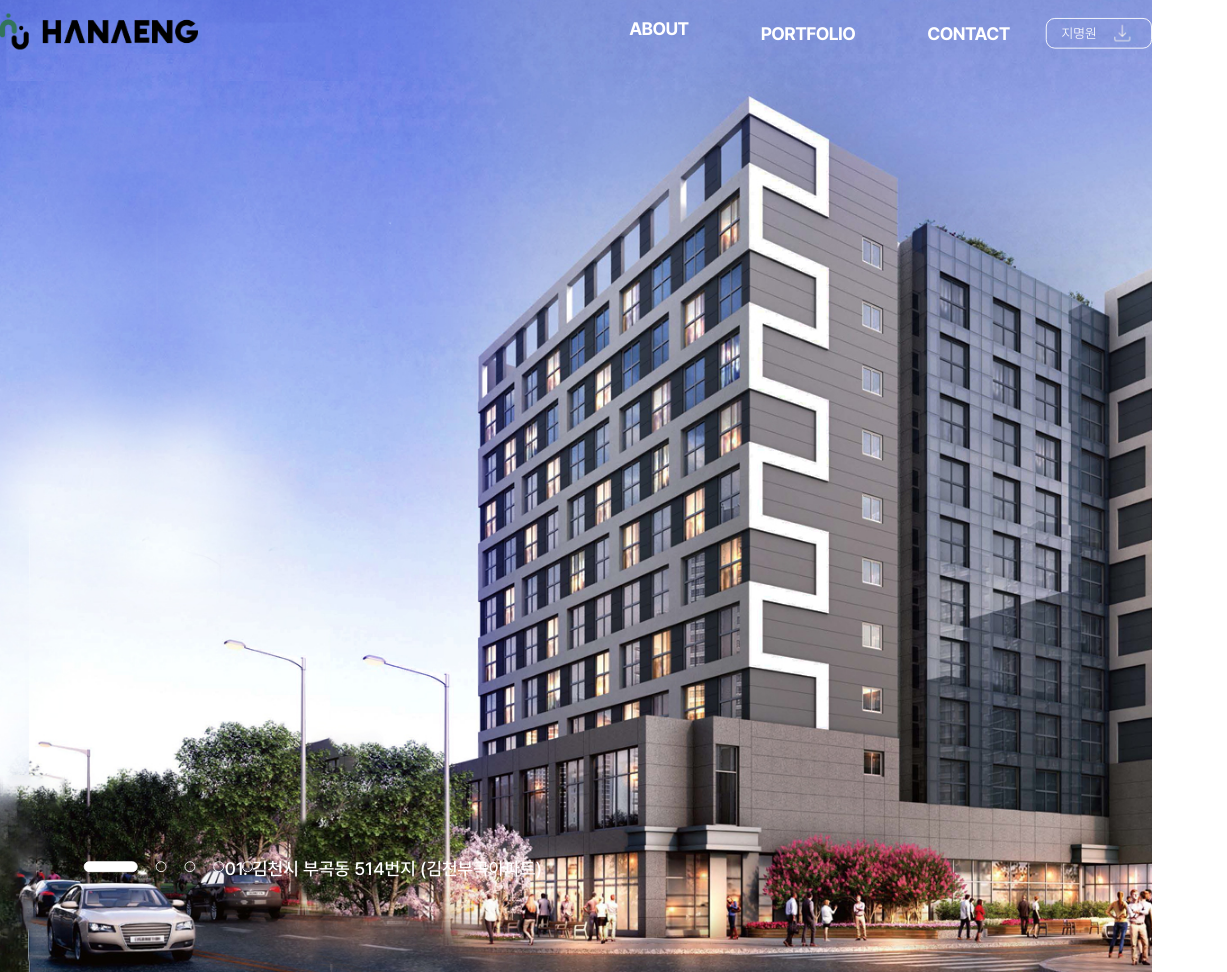
Repository: makeditWeb/hanaenc
Page: main.html
These files come from the project's save history. The page is drawn as it stood at one moment and after the next save; the edit follows.
The browser window is 1280 px wide. The page is 1363 px wide, so the pictures cover 1363 px, including what lies to the right of the window. The pictures show the whole page, at 90% of full size.
The pointer rests on the first visible `.menu-bar .nav-link`.
Some web libraries are served in a nearby version.

Above is the page before, as saved 2023-07-05 18:51:50.

After the next save:
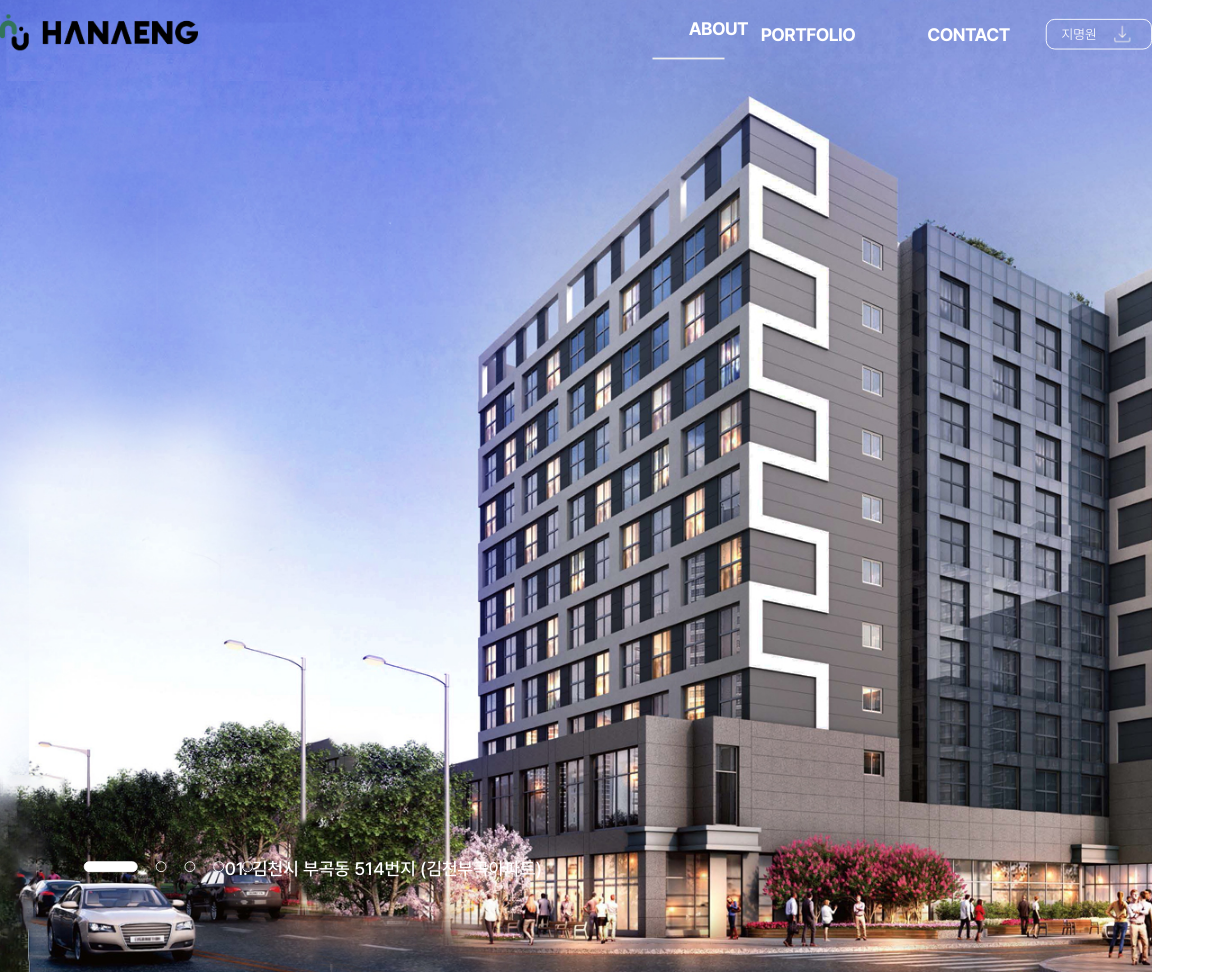
Saved 88 s later.
--- a/css/style.css
+++ b/css/style.css
@@ -179,6 +179,10 @@
     box-sizing: border-box;
 }
 
+.menu-bar .nav-link:hover{
+    border-bottom: 2px solid var(--light-grey);
+    width: 2px;
+}
 
 .menu-bar .nav-link:hover,
 .dropdown-link:hover {
